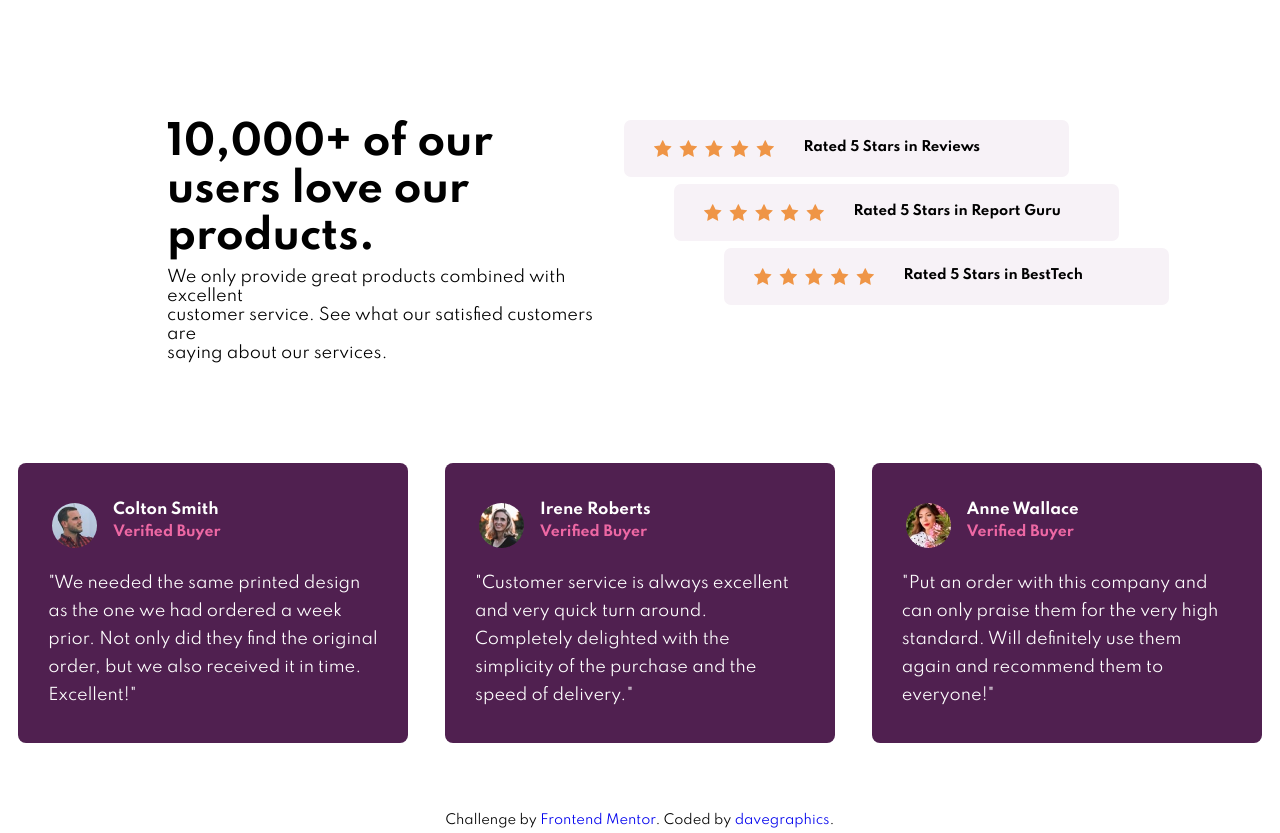
Repository: DejV44/social-proof-section-master
Page: index.html
An editor plug-in stored every save of this project. The page is shown before and after the next save, followed by the edit.
The browser window is 1280 px wide. The pictures show the whole page.
The style sheet was rebuilt from its Sass, Less or Tailwind sources for each picture, by a compiler version that may differ from the author's.

Above is the page before, as saved 2021-06-25 21:27:28.

### index.html
<!DOCTYPE html>

<html lang="en">
<head>
    <meta charset="UTF-8">
    <meta http-equiv="X-UA-Compatible" content="IE=edge">
    <meta name="viewport" content="width=device-width, initial-scale=1.0">
    <link rel="stylesheet" href="../css/main.css">
    <title>social-proof-section-master</title>
</head>
<body>
    <section class="main">
        <div class="titles">
            <h1 class="title">10,000+ of our <br>users love our <br>products.</h1>
            <p class="item-1">We only provide great products combined with excellent <br>customer service. See what our satisfied customers are <br>saying about our services.</p>
        </div>
        <div class="container">
            <ul>
                <li class="item1">
                    <img src="../img/stars.svg" alt="stars">
                    <h5>Rated 5 Stars in Reviews</h5>
                </li>
            </ul>

            <ul>
                <li class="item2">
                    <img src="../img/stars.svg" alt="stars">
                    <h5>Rated 5 Stars in Report Guru</h5>
                </li>
            </ul>

            <ul>
                <li class="item3">
                    <img src="../img/stars.svg" alt="stars">
                    <h5>Rated 5 Stars in BestTech</h5>
                </li>
            </ul>
        </div>
    </section>

    <section class="citate">
        <ul>
            <li>
                <div class="identy1">
                    <img src="../img/image-colton.jpg" alt="stars">
                    <div>
                        <h3>Colton Smith</h3>
                        <h4>Verified Buyer</h4>
                    </div>
                </div>
                <blockquote>"We needed the same printed design as the one we had ordered a week prior. Not only did they find the original order, but we also received it in time. Excellent!"</blockquote>
            </li>
        </ul>

        <ul>
            <li>
                <div class="identy2">
                    <img src="../img/image-irene.jpg" alt="stars">
                    <div>
                        <h3>Irene Roberts</h3>
                        <h4>Verified Buyer</h4>
                    </div>
                </div>
                <blockquote>"Customer service is always excellent and very quick turn around. Completely delighted with the simplicity of the purchase and the speed of delivery."</blockquote>
            </li>
        </ul>

        <ul>
            <li>
                <div class="identy3">
                    <img src="../img/image-anne.jpg" alt="stars">
                    <div>
                        <h3>Anne Wallace</h3>
                        <h4>Verified Buyer</h4>
                    </div>
                </div>
                <blockquote>"Put an order with this company and can only praise them for the very high standard. Will definitely use them again and recommend them to everyone!"</blockquote>
            </li>
        </ul>
    </section>
    <div class="attribution">
        Challenge by
        <a href="https://www.frontendmentor.io?ref=challenge" target="_blank"
          >Frontend Mentor</a
        >. Coded by <a href="#">davegraphics</a>.
      </div>

</body>
</html>

### css/main.scss
@import url('https://fonts.googleapis.com/css2?family=Spartan:wght@400;500;700&display=swap');

*{
    margin: 0;
    padding: 0;
    -webkit-font-smoothing: antialiased;
    /*outline: 3px solid rgb(197, 197, 197);*/
}

:root {
    --primary-color: hsl(300, 43%, 22%);
    --soft-pink: hsl(333, 80%, 67%);
    --neutral-color: hsl(303, 10%, 53%);
    --light-color: hsl(300, 24%, 96%);
    --white: hsl(0, 0%, 100%);
}

body {
    margin: 0;
    padding: 0;
    //background: var(--white);
    font-family: 'Spartan', sans-serif;

    .main {
        margin: 120px auto 0 167px;
        max-width: 1440px;
        max-height: 400px;
        display: grid;
        grid-template-columns: 1fr 1fr;

        .titles {
            margin-right: 20%;

            .title {
                font-size: 40px;
                padding-bottom: 7px;
            }
        }

        .container {


            ul {

                li {
                    display: grid;
                    grid-template-columns: 180px 260px;
                    list-style: none;
                    text-align: left;
                    border-radius: 7px;
                    background: var(--light-color);
                    max-width: 445px;

                }
                 .item1 {
                     margin-left: -100px;
                     margin-bottom: 7px;
                 }

                 .item2 {
                     margin-left: -50px;
                     margin-bottom: 7px;
                 }

                img {
                    width: 120px;
                    height: 17px;
                    grid-column: 1/2;
                    padding: 20px 0 20px 30px;
                }

                h5 {
                    grid-column: 2/2;
                    width: 260px;
                    padding: 20px 0;

                }
            }
        }
    }


    .citate {
        display: grid;
        grid-template-columns: 1fr 1fr 1fr;
        margin: 50px auto;


        ul {

            padding: 30px;

            background: var(--primary-color);
            border-radius: .5em;
            width: 330px;
            height: 220px;
            margin: 50px auto 20px auto;

            blockquote {
                    color: var(--white);
                    margin-top: 25px;
                    line-height: 28px;
                    text-align: left;
            }

            li {
                list-style: none;

                h3 {
                        color: var(--white);
                        margin: .5em 0 .2em 0;
                        padding-left: 20px;
                        font-size: 15px;

                    }

                    h4 {
                        color: var(--soft-pink);
                        margin: .4em 0 .2em 0;
                        padding-left: 20px;
                        font-size: 14px;

                    }

                .identy1 {
                    grid-column: 1/3;
                    display: flex;
                    img {
                        margin-top: 6px;
                        border-radius: 5em;
                        width: 45px;
                        height: 45px;
                        position: relative;
                        top: 4px;
                        left: 4px;
                    }

                }

                .identy2 {
                    grid-column: 2/3;
                    display: flex;
                    img {
                        margin-top: 6px;
                        border-radius: 5em;
                        width: 45px;
                        height: 45px;
                        position: relative;
                        top: 4px;
                        left: 4px;

                    }


                }

                .identy3 {
                    grid-column: 3/3;
                    display: flex;
                    img {
                        margin-top: 6px;
                        border-radius: 5em;
                        width: 45px;
                        height: 45px;
                        position: relative;
                        top: 4px;
                        left: 4px;
                    }


                }
            }

        }
    }

    .attribution {
        text-align: center;
        font-size: 13px;
        padding-bottom: 5px;


        a {
            text-decoration: none;
            font-size: 13px;

        }
    }


}

After the next save:
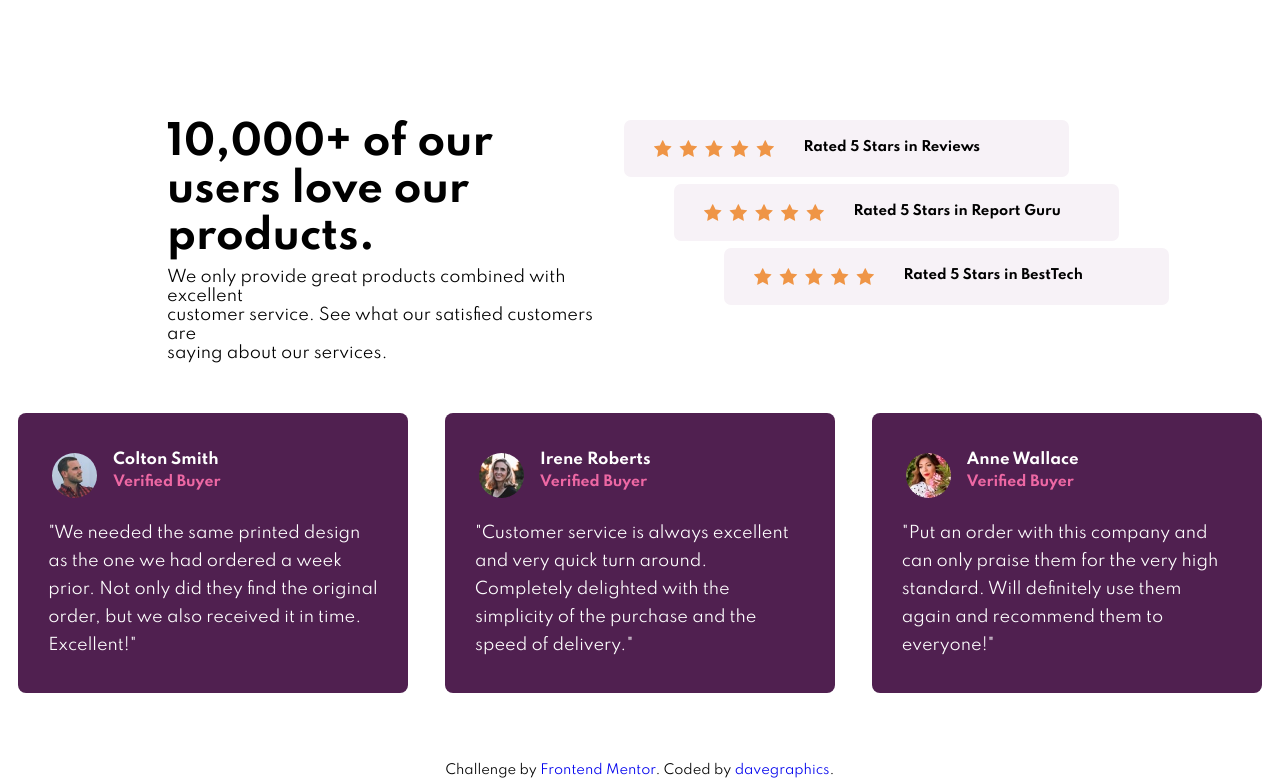
Saved 8 s later.
--- a/css/main.scss
+++ b/css/main.scss
@@ -94,7 +94,7 @@ body {
             border-radius: .5em;
             width: 330px;
             height: 220px;
-            margin: 50px auto 20px auto;
+            margin: 0px auto 20px auto;
 
             blockquote {
                     color: var(--white);
